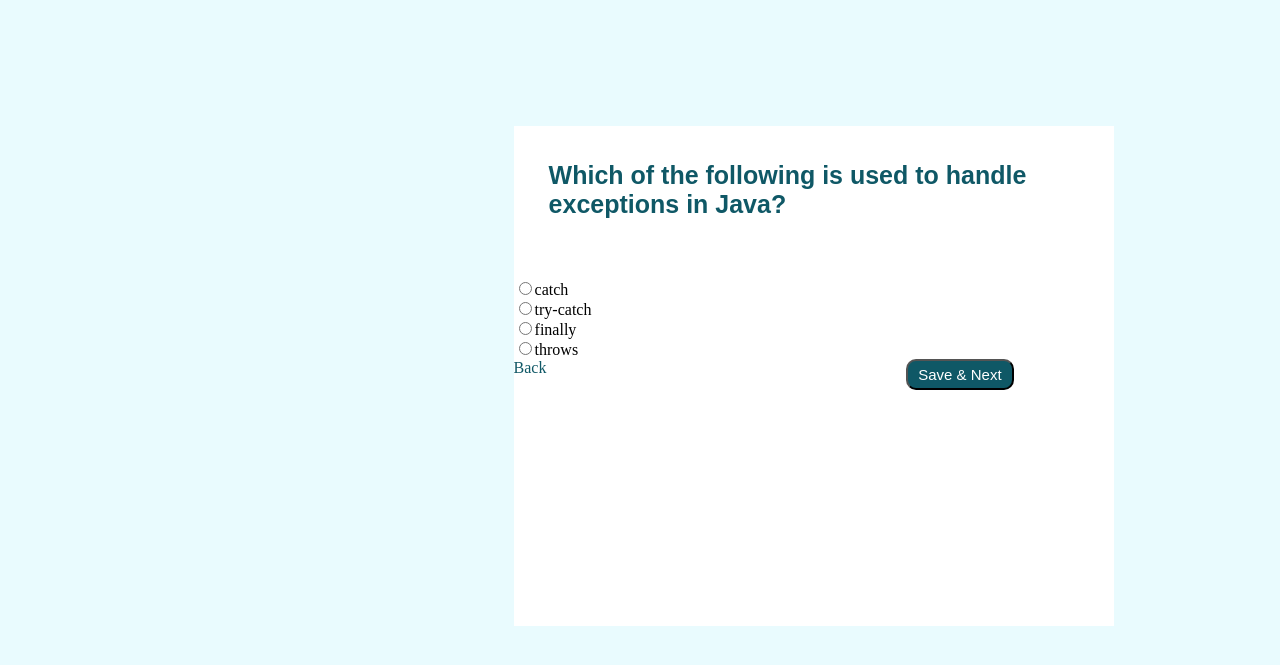
Repository: Rupali-8062Chourasiya5279/Internship_Task_Rupali
Page: Programming Language/quiz/QuizApp/src/main/webapp/First.html
The author's editor kept a copy of each file at every save. The page is drawn from the files as they stood at one save, then again after the next save.
The browser window is 1280 px wide. The pictures show the whole page.

Above is the page before, as saved 2025-01-24 13:41:08.

### Programming Language/quiz/QuizApp/src/main/webapp/First.html
<!DOCTYPE html>
<html>
<head>
<meta charset="UTF-8">
<title>Que1</title>
<style>
body
{
background-color: #7ce0f4;
}
#div1
{
background-color: white;
height :500px ;
width : 600px;
margin-left: 40%;
margin-top: 10%;
}
 h3
 {
 padding:35px;
 font: bold;
 color: #0f5866;
 font-family: sans-serif;
 font-size: 25px;
 }
 a{
 text-decoration: none;
 color: #0f5866;
 }
 #sub
 {
 font: bold;
 color: white;
 background-color:#0f5866;
 font-family: sans-serif;
 float:right;
 padding:5px 10px 5px 10px;
 margin-right:100px;
 font-size: 15px;
 border-radius: 10px;
 }
 body
 {
 background-color: #e9fbfe;
 }
</style>
</head>
<body>
	<form action="First">
	<div id="div1">
	<h3>Which of the following is used to handle exceptions in Java?</h3>
	<input type="radio" name="q1" value="catch">catch</input><br>
	<input type="radio" name="q1" value="try-catch">try-catch</input><br>
	<input type="radio" name="q1" value="finally">finally</input><br>
	<input type="radio" name="q1" value="throws">throws</input><br>
	<a href="rules.html">Back</a>
	<input id = "sub" type="submit" value="Save & Next">
	</div>
	</form>
</body>
</html>

After the next save:
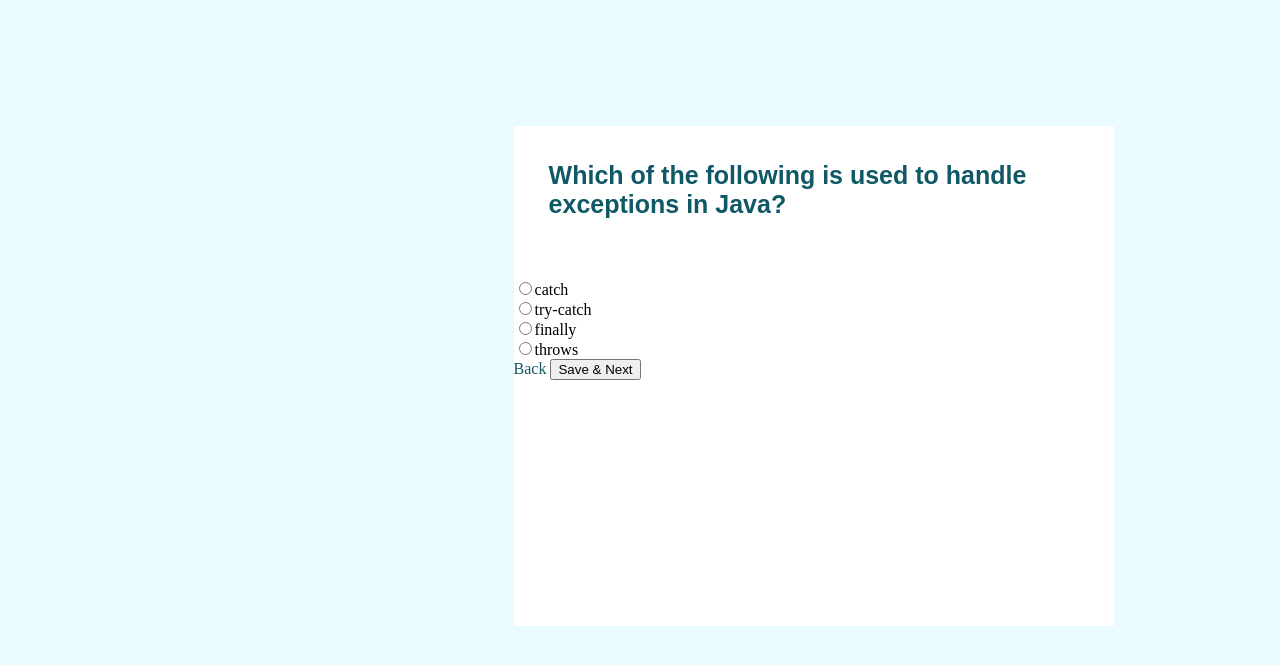
Saved 22 s later.
--- a/Programming Language/quiz/QuizApp/src/main/webapp/First.html
+++ b/Programming Language/quiz/QuizApp/src/main/webapp/First.html
@@ -54,8 +54,8 @@ margin-top: 10%;
 	<input type="radio" name="q1" value="try-catch">try-catch</input><br>
 	<input type="radio" name="q1" value="finally">finally</input><br>
 	<input type="radio" name="q1" value="throws">throws</input><br>
-	<a href="rules.html">Back</a>
-	<input id = "sub" type="submit" value="Save & Next">
+	<a class="sub" href="rules.html">Back</a>
+	<input class = "sub" type="submit" value="Save & Next">
 	</div>
 	</form>
 </body>
